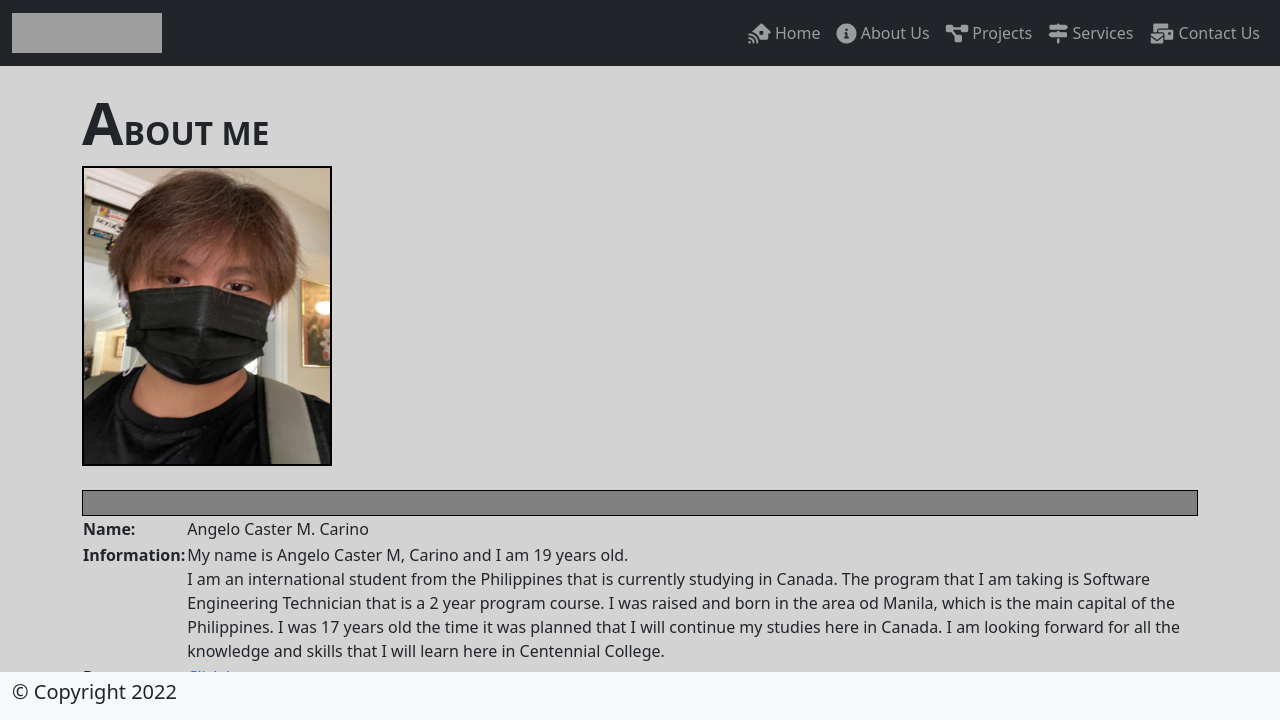
Repository: acarino4/Express-Portfolio-Site
Page: http://localhost/about
An editor plug-in stored every save of this project. The page is shown before and after the next save, followed by the edit.
The browser window is 1280 px wide. The pictures show the whole page.
Pictures or frames that could not be fetched are drawn as grey boxes. The page is served by the project's Node server (server.js). Other server files are loaded and not shown.

Above is the page before, as saved 2022-10-08 18:49:31.

### Server/Views/index.ejs
<!--
    *****************************************
    * File Name: MyExpressPortfolio         *
    * Students Name: Jenyll Mabborang       *
    * Student ID: 301225121                 *
    * Date: June 06, 2022                   *
    *****************************************
-->

<!DOCTYPE html>
<html lang="en">
<head>
    <meta charset="UTF-8">
    <meta http-equiv="X-UA-Compatible" content="IE=edge">
    <meta name="viewport" content="width=device-width, initial-scale=1.0">
    <title><%= title %></title>
    <!-- CSS Goes Here -->
    <link rel="stylesheet" href="./bootstrap/dist/css/bootstrap.min.css">
    <link rel="stylesheet" href="./@fortawesome/fontawesome-free/css/all.min.css">
    <link rel="stylesheet" href="./Content/app.css">
</head>
<body>
    <!-- Main Navigation Section -->
    <header>
        <%- include('components/header.ejs'); %> <!-- Inserts or injects my header.ejs inside my header-->
    </header>

    <!-- Content Section -->
    <main>
        <%- include('content/' + page + '.ejs'); %>
    </main>

    <!-- Site-wide Footer Section -->
    <footer>
        <!-- Site-wide footer -->
        <%- include('components/footer.ejs'); %> <!-- Inserts or injects my footerr.ejs inside my footer-->
    </footer>

    <!-- JavaScript goes here -->
    <script src="./jquery/dist/jquery.min.js"></script>
    <script src="./bootstrap/dist/js/bootstrap.min.js"></script>
    <script src="./@fortawesome/fontawesome-free/js/all.min.js"></script>
    <script src="./Scripts/app.js"></script>
</body>
</html>

### Server/Views/components/header.ejs
<!--
  Name: Angelo Caster M. Carino
  Student ID: 301223955
  Assignment 1: Express Portfolio Site
-->
<nav class="navbar navbar-expand-lg navbar-dark bg-dark">
    <div class="container-fluid">
      <a class="navbar-brand" href="/"><img src="./Assets/images/logo.png" alt="" width="150" height="40"></i> </a>
      <button class="navbar-toggler" type="button" data-bs-toggle="collapse" data-bs-target="#navbarSupportedContent" aria-controls="navbarSupportedContent" aria-expanded="false" aria-label="Toggle navigation">
        <span class="navbar-toggler-icon"></span>
      </button>
      <div class="collapse navbar-collapse" id="navbarSupportedContent">
        <ul class="navbar-nav ms-auto mb-2 mb-lg-0">

          <!-- Home Page link -->
          <li class="nav-item">
            <a class="nav-link" aria-current="page" href="/home"><i class="fa-solid fa-house-signal fa-lg"></i> Home</a>
          </li>

          <!-- About Page link -->
          <li class="nav-item">
            <a class="nav-link" aria-current="page" href="/about"><i class="fa-solid fa-circle-info fa-lg"></i></i> About Us</a>
          </li>

          <!-- Projects Page link -->
          <li class="nav-item">
            <a class="nav-link" aria-current="page" href="/projects"><i class="fa-solid fa-diagram-project fa-lg"></i></i> Projects</a>
          </li>

          <!-- Services Page link -->
          <li class="nav-item">
            <a class="nav-link" aria-current="page" href="/services"><i class="fa-solid fa-signs-post fa-lg"></i></i> Services</a>
          </li>

          <!-- Contact Page link -->
          <li class="nav-item">
            <a class="nav-link" aria-current="page" href="/contact"><i class="fa-solid fa-envelopes-bulk fa-lg"></i> Contact Us</a>
          </li>

        </ul>
      </div>
    </div>
  </nav>

### Server/Views/content/about.ejs
<!--
  Name: Angelo Caster M. Carino
  Student ID: 301223955
  Assignment 1: Express Portfolio Site
-->
<!-- ABOUT.EJS body content section -->
<head>
    <style>
        body {
            background-color:lightgray;
        }
        .div1 {
            border: 1px solid black;
            padding: 12px;
            background-color: grey;
        }

   </style>

</head>
<div class="container" style="padding-top: 20px;">
    <h2><strong><span style = "font-size: 60px">A</span>BOUT ME</strong></h2>
    <table>
        <!-- My personal image -->
        <img src="./Assets/images/caster.jpg" alt="" width="250" height="300" style = "border: 2px solid black; border-style: double;">
        <br>
        <br>

        <tr>
            <div class = "div1"></div>
            <td><strong>Name: </strong> </td>
            <td> Angelo Caster M. Carino </td>
        </tr>

        <tr>
            <!-- Short paragraph of who I am -->
            <td valign="top"><strong> Information: </strong> </td>
            <td>My name is Angelo Caster M, Carino and I am 19 years old.<br>
                I am an international student from the Philippines that is currently studying in Canada.
                The program that I am taking is Software Engineering Technician that is a 2 year program course.
                I was raised and born in the area od Manila, which is the main capital of the Philippines.
                I was 17 years old the time it was planned that I will continue my studies here in Canada.
                I am looking forward for all the knowledge and skills that I will learn here in Centennial College.
            </td>
        </tr>

        <tr>
            <!-- Link to my resume (PDF version) -->
            <td><strong> Resume: </strong></td>
            <td><a href="./Assets/pdf/Resume-Angelo-Caster-M-Carino.pdf"> Click here </a></td>
            <td></td>
        </tr>
    </table>
    </div>
</div>

### Server/Views/components/footer.ejs
<!--
  Name: Angelo Caster M. Carino
  Student ID: 301223955
  Assignment 1: Express Portfolio Site
-->

<nav class="navbar fixed-bottom bg-light">
    <div class="container-fluid">
      <h5 id="copyright">&copy; Copyright 2022 </h5>
    </div>
</nav>

### server.js
#!/usr/bin/env node
"use strict";
var __importDefault = (this && this.__importDefault) || function (mod) {
    return (mod && mod.__esModule) ? mod : { "default": mod };
};
Object.defineProperty(exports, "__esModule", { value: true });
const app_1 = __importDefault(require("./Server/Config/app"));
const debug_1 = __importDefault(require("debug"));
(0, debug_1.default)('lesson4:server');
const http_1 = __importDefault(require("http"));
const port = normalizePort(process.env.PORT || '3000');
app_1.default.set('port', port);
const server = http_1.default.createServer(app_1.default);
server.listen(port);
server.on('error', onError);
server.on('listening', onListening);
function normalizePort(val) {
    var port = parseInt(val, 10);
    if (isNaN(port)) {
        return val;
    }
    if (port >= 0) {
        return port;
    }
    return false;
}
function onError(error) {
    if (error.syscall !== 'listen') {
        throw error;
    }
    let bind = typeof port === 'string'
        ? 'Pipe ' + port
        : 'Port ' + port;
    switch (error.code) {
        case 'EACCES':
            console.error(bind + ' requires elevated privileges');
            process.exit(1);
            break;
        case 'EADDRINUSE':
            console.error(bind + ' is already in use');
            process.exit(1);
            break;
        default:
            throw error;
    }
}
function onListening() {
    let addr = server.address();
    let bind = 'pipe ' + addr;
    (0, debug_1.default)('Listening on ' + bind);
}
//# sourceMappingURL=server.js.map

### Server/Routes/index.js
"use strict";
var __importDefault = (this && this.__importDefault) || function (mod) {
    return (mod && mod.__esModule) ? mod : { "default": mod };
};
Object.defineProperty(exports, "__esModule", { value: true });
const express_1 = __importDefault(require("express"));
const router = express_1.default.Router();
router.get('/', function (req, res, next) {
    res.render('index', { title: 'Home', page: 'home' });
});
router.get('/home', function (req, res, next) {
    res.render('index', { title: 'Home', page: 'home' });
});
router.get('/about', function (req, res, next) {
    res.render('index', { title: 'About Us', page: 'about' });
});
router.get('/projects', function (req, res, next) {
    res.render('index', { title: 'Our Projects', page: 'projects' });
});
router.get('/services', function (req, res, next) {
    res.render('index', { title: 'Our Services', page: 'services' });
});
router.get('/contact', function (req, res, next) {
    res.render('index', { title: 'Contact Us', page: 'contact' });
});
exports.default = router;
//# sourceMappingURL=index.js.map

### Client/Content/app.css
/*CUSTOM CSS GOES HERE*/

### Client/Scripts/app.js
"use strict";
(function () {
    function Start() {
        console.log("App Started!");
        let XHR = new XMLHttpRequest();
        XHR.open("GET", "../data/data.json");
        XHR.send();
        XHR.addEventListener("readystatechange", function () {
            if (XHR.readyState == 4 && XHR.status == 200) {
                console.log("JSON Data:");
                console.log("===========");
                console.log(XHR.responseText);
            }
        });
    }
    window.addEventListener("load", Start);
})();
//# sourceMappingURL=app.js.map

### Client/data/data.json
{
    "FullName": "Jenyll Mabborang",
    "ContactNumber": "564315584",
    "EmailAddress": "jenyll@example.com"
}

After the next save:
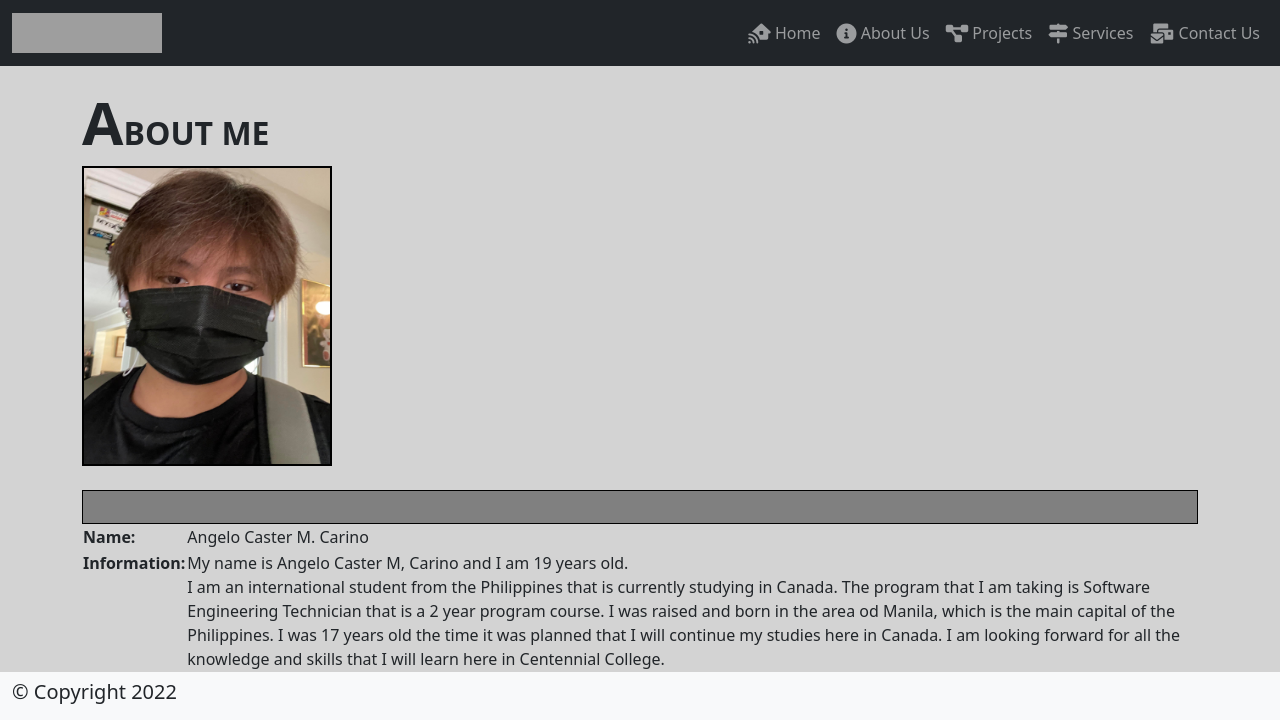
Saved 28 s later.
--- a/Server/Views/content/about.ejs
+++ b/Server/Views/content/about.ejs
@@ -11,7 +11,7 @@
         }
         .div1 {
             border: 1px solid black;
-            padding: 12px;
+            padding: 16px;
             background-color: grey;
         }
 
